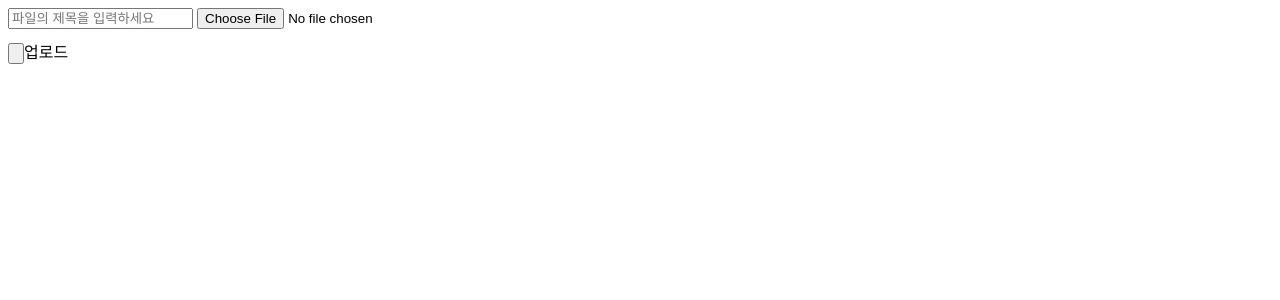
Repository: gudbrwkd98/JavaEE-JSP
Page: BoardApp/WebContent/gallery/send.html
The author's editor kept a copy of each file at every save. The page is drawn from the files as they stood at one save, then again after the next save.
The browser window is 1280 px wide. The pictures show the whole page.

Above is the page before, as saved 2020-12-04 02:36:30.
Console error: SyntaxError: Unexpected token '{'

After the next save:
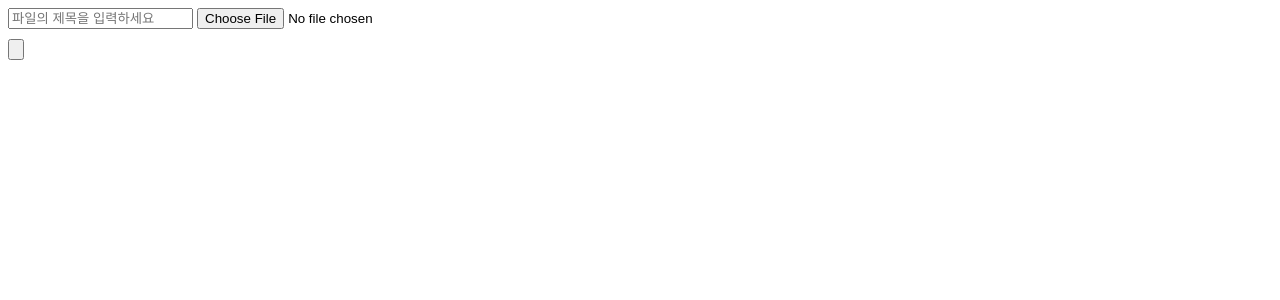
Saved 13 s later.
--- a/BoardApp/WebContent/gallery/send.html
+++ b/BoardApp/WebContent/gallery/send.html
@@ -35,7 +35,7 @@ $(function{
   <form action="form1" enctype="multipart/form-data">
 	<input type="text" name="msg" placeholder="파일의 제목을 입력하세요" >
 	<input type="file"><br>
-	<input type="button">업로드</input>
+	<input type="button">
  </form>
 </body>
 </html>
